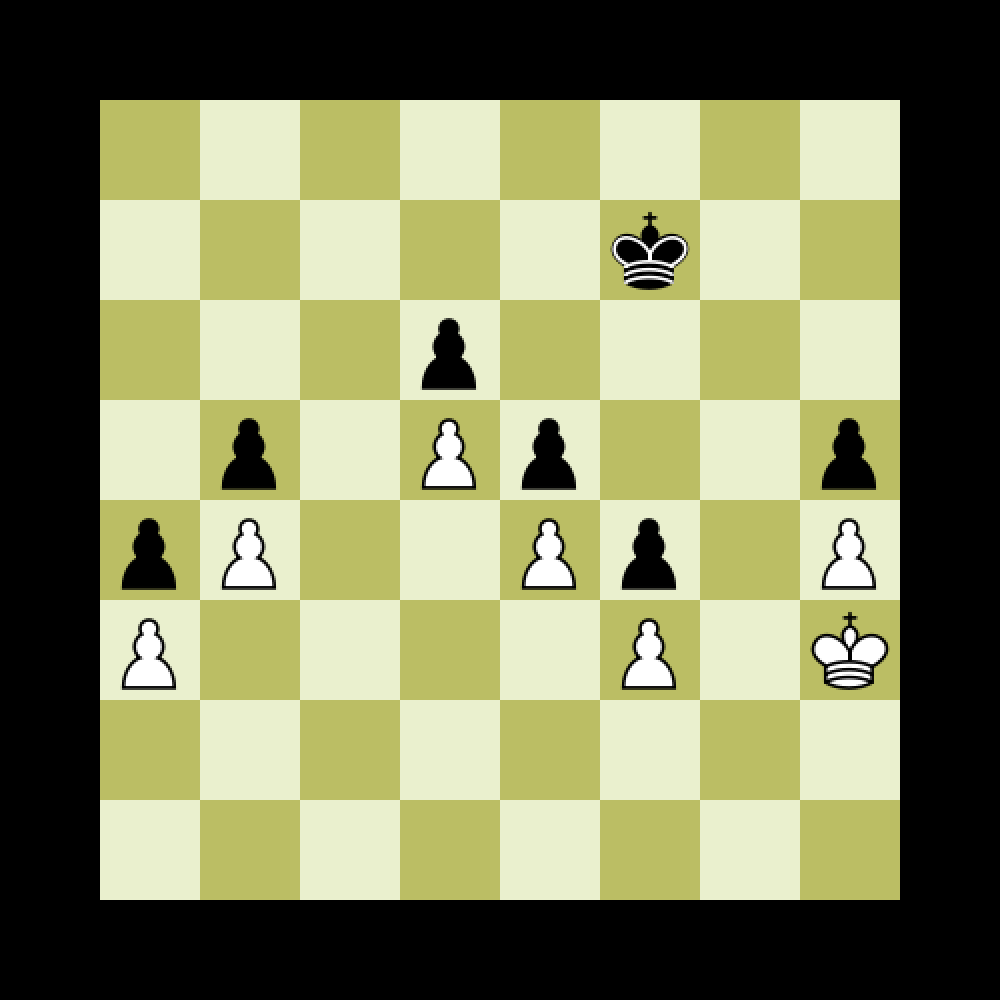
Repository: a-longe/capstone
Script's output: python engine/drag_n_drop_test.py
These files come from the project's save history. The script's output is drawn as it stood at one moment and after the next save; the edit follows.
The window is shown after at most 60 frames with no key pressed. Random numbers start from a fixed seed. It also reads engine/images/bK.png, engine/images/bP.png, engine/images/wK.png, engine/images/wP.png.

Above is the script's output before, as saved 2023-12-15 13:45:47.

### engine/drag_n_drop_test.py
import os
import sys
import pygame as pg
import math

Cord = tuple[int, int]
TOP_LEFT = 100
BOTTOM_RIGHT = 900
SQUARE_SIZE = 100
SCREEN_SIZE = 1000

RECT_DATA = 0
GLYPH = 1

def is_even(n):
    return 0 == n % 2


def is_odd(n):
    return 1 == n % 2

def black_square(surface, image, rect):
    image.fill((187,190,100))
    surface.blit(image, rect)


def white_square(surface, image, rect):
    image.fill((234,240,206))
    surface.blit(image, rect)

def get_snap_cords(x, y) -> Cord:
    return (math.floor(x / SQUARE_SIZE) * SQUARE_SIZE,
            math.floor(y / SQUARE_SIZE) * SQUARE_SIZE)

def fen_to_pieces(fen) -> list[tuple[tuple[int, int, int, int], str]]:
    lo_pieces = []
    pieces = fen.split(' ')[0]
    rows = pieces.split('/')
    r_i = 0
    for row in rows:
        c_i = 0
        for char in row:
            if char.isdigit():
                c_i += int(char) - 1
            else:
                # convert c_i and r_i into square
                lo_pieces.append(((c_i * SQUARE_SIZE + SQUARE_SIZE,
                                   r_i * SQUARE_SIZE + SQUARE_SIZE,
                                    SQUARE_SIZE, SQUARE_SIZE), char))
            c_i += 1
        r_i += 1
    return lo_pieces


IMAGE_DIR = os.path.join(os.path.dirname(os.path.abspath(__file__)), 'images')

def get_piece_img(glyph:str) -> pg.Surface:
    if glyph.isupper():
        color = 'w'
    else:
        color = 'b'
    piece_type = glyph.upper()
    return pg.image.load(os.path.join(IMAGE_DIR, f"{color}{piece_type}.png"))


square_coords = [[i, j] for i in range(TOP_LEFT, BOTTOM_RIGHT, SQUARE_SIZE) \
                for j in range(TOP_LEFT, BOTTOM_RIGHT, SQUARE_SIZE)]


class Piece:
    # A Piece object needs to know about the Board because its behaviour
    # depends on the location of other Piece objects--only the Board knows
    # about them--that's why Board is an argument. It also needs to know its
    # dimensions, so we pass them in rect
    def __init__(self, Board, rect, glyph):
        self.board = Board
        self.rect = pg.Rect(rect)
        # self.cord = square_to_cords(square)
        self.previous_center = self.rect.center
        # a Piece object has a click attribute that is true if the
        # left mouse button is down and on top of the Piece
        self.click = False
        self.image = pg.transform.scale(get_piece_img(glyph), (SQUARE_SIZE,
                                                               SQUARE_SIZE))
        self.is_white = glyph.isupper()

    # Check that the player has been selected and that the mouse will
    # not cause the player to bleed out of bounds.

    # To deal with collisions, save current position, and then move
    # the player to the mouse position. If there is a collision, then
    # move the rectangle back to the previous position.

    # Regardless, draw the player
    def update(self):
        if (self.click):
            self.rect.center = pg.mouse.get_pos()
        self.board.surface.blit(self.image, self.rect)

    def get_map_key(self):
        board_rel_cords = (self.rect[0] - 100,
                           self.rect[1] - 100)
        map_key = sum([int(board_rel_cords[0] / SQUARE_SIZE),
                        int(board_rel_cords[1] / SQUARE_SIZE) * 8])
        return map_key

    def snap_to_square(self) -> None:
        if self.board.mouse_inside_bounds():
            player_cords = (self.rect.center[0], self.rect.center[1])
            self.rect.topleft = get_snap_cords(*player_cords)




class Board:
    # Each position corresponds to the arguments needed to instantiate
    # the PyGame.Rect class: (x, y, width, height) corresponding to a player

    # The Board class updates itself by asking the players to paint themselves.

    # It has a number of methods that exist so other parts of the program can
    # inquire about the current state of the board
    def __init__(self, positions):
        self.surface = pg.display.set_mode((SCREEN_SIZE, SCREEN_SIZE))
        self.piece_map = {}
        for piece_data in positions:
            board_rel_cords = (piece_data[RECT_DATA][0] - 100,
                               piece_data[RECT_DATA][1] - 100)
            map_key = sum([int(board_rel_cords[0] / SQUARE_SIZE),
                          int(board_rel_cords[1] / SQUARE_SIZE) * 8])
            self.piece_map[map_key] = Piece(self, piece_data[RECT_DATA],
                                      piece_data[GLYPH])

    def clear_surface(self):
        self.surface.fill(0)

    def get_players(self):
        return self.piece_map.values()

    def mouse_inside_bounds(self):
        # hard-coded numbers should be fixed
        x, y = pg.mouse.get_pos()
        return (x > TOP_LEFT and x < BOTTOM_RIGHT and
                y > TOP_LEFT and y < BOTTOM_RIGHT)

    def display_grid(self):
        # print("I should be displaying...")
        for x, y in square_coords:
            row = x / 100
            column = y / 100
            rect = pg.Rect([x, y, 100, 100])
            image = pg.Surface(rect.size).convert()
            if not (is_odd(row) ^ is_odd(column)):
                black_square(self.surface, image, rect)
            else:
                white_square(self.surface, image, rect)

    def del_piece(self, map_key):
        del self.piece_map[map_key]

    def on_mouse_down(self):
        for player in self.get_players():
            # The event positions is the mouse coordinates
            if player.rect.collidepoint(pg.mouse.get_pos()):
                if not player.click:
                    # store current center
                    player.previous_center = player.rect.center
                player.click = True

    def on_mouse_up(self):
        for player in self.get_players():
                if player.click:
                    # if valid location and is legal move()
                    if player.board.mouse_inside_bounds() and True:
                        # does player collide with another player
                        colliding_piece = [piece_2 for piece_2 in self.get_players() if piece_2.rect.collidepoint(pg.mouse.get_pos())]
                        colliding_piece.remove(player)
                        if not colliding_piece:
                            # if not colliding with any piece
                            player.snap_to_square()
                        elif player.is_white != colliding_piece[0].is_white:
                            # if colliding with piece with different colour
                            # delete player from player_list and then snap
                            player.snap_to_square()
                            self.del_piece(colliding_piece[0].get_map_key())
                        else:
                            player.rect.center = player.previous_center
                    # else set cords to last square
                    else:
                        player.rect.center = player.previous_center
                player.click = False

    def update_board(self):
        self.clear_surface()
        self.display_grid()
        for player in self.get_players():
            player.update()


def main(Board):
    # listen for events and update board in response to them
    game_event_loop(Board)
    Board.update_board()


# Notice that the event loop has been given its own function. This makes
# the program easier to understand.
def game_event_loop(Board):
    for event in pg.event.get():
        if event.type == pg.MOUSEBUTTONDOWN:
            Board.on_mouse_down()
        elif event.type == pg.MOUSEBUTTONUP:
            Board.on_mouse_up()
        elif event.type == pg.QUIT:
            pg.quit()
            sys.exit()


if __name__ == "__main__":
    os.environ['SDL_VIDEO_CENTERED'] = '1'
    pg.init()
    MyBoard = Board(fen_to_pieces('8/5k2/3p4/1p1Pp2p/pP2Pp1P/P4P1K/8/8 b - - 99 50'))
    MyClock = pg.time.Clock()
    while True:
        print('\r', MyBoard.piece_map)
        main(MyBoard)
        pg.display.update()
        MyClock.tick(60)

After the next save:
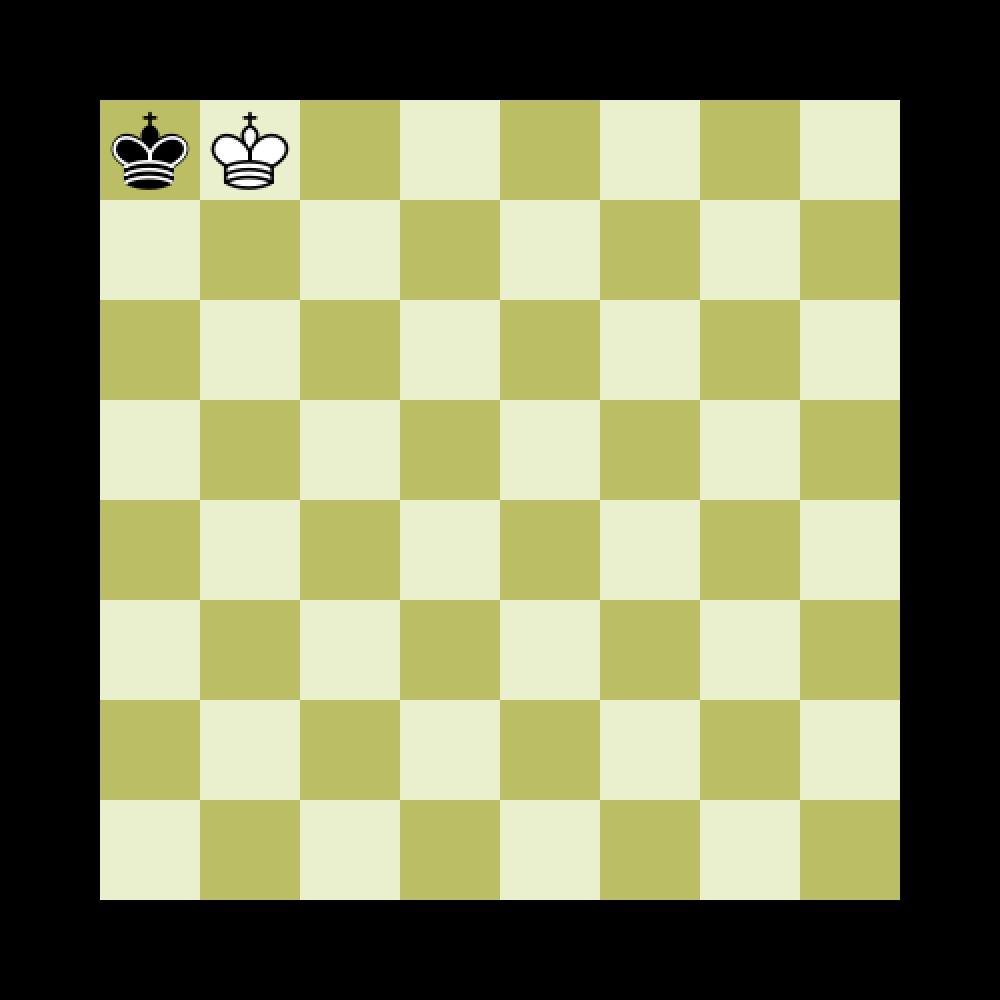
Saved 37 s later.
--- a/engine/drag_n_drop_test.py
+++ b/engine/drag_n_drop_test.py
@@ -219,7 +219,7 @@ def game_event_loop(Board):
 if __name__ == "__main__":
     os.environ['SDL_VIDEO_CENTERED'] = '1'
     pg.init()
-    MyBoard = Board(fen_to_pieces('8/5k2/3p4/1p1Pp2p/pP2Pp1P/P4P1K/8/8 b - - 99 50'))
+    MyBoard = Board(fen_to_pieces('kK6/8/8/8/8/8/8/8 b - - 99 50'))
     MyClock = pg.time.Clock()
     while True:
         print('\r', MyBoard.piece_map)
